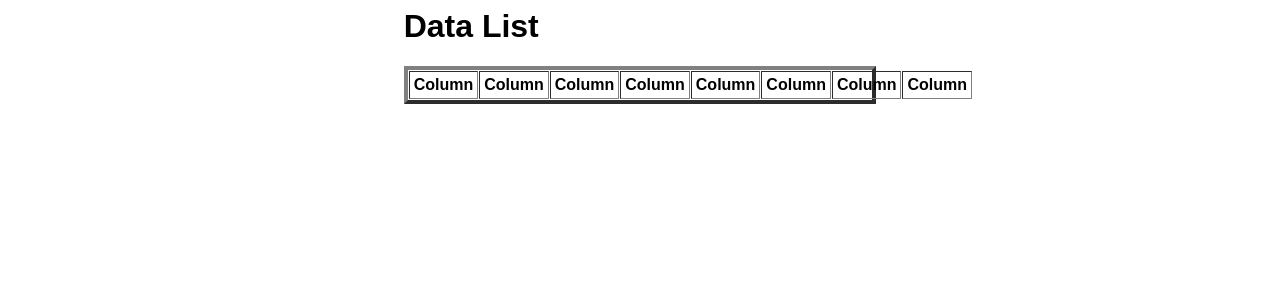
Repository: AdityaTech-Pro/FullStackWithBridgelabz
Page: Assignment2/Data_List/index.html
These files come from the project's save history. The page is drawn as it stood at one moment and after the next save; the edit follows.
The browser window is 1280 px wide. The pictures show the whole page.

Above is the page before, as saved 2025-10-15 09:16:47.

### Assignment2/Data_List/index.html
<html>

<head>
    <style>
        body {
            font-family: Arial, Helvetica, sans-serif;
        }

        .center {
            display: block;
            margin-left: auto;
            margin-right: auto;
            width: 37.4%;
        }
    </style>
</head>
<title>
    <h2>Welcome to My Web Page</h2>
</title>

<body>
    <table border="4" cellspacing="1" cellpadding="4" class="center">
        <h1 class="center">Data List</h1>
        <tr>
            <th>Column</th>
            <th>Column</th>
            <th>Column</th>
            <th>Column</th>
            <th>Column</th>
            <th>Column</th>
            <th>Column</th>
            <th>Column</th>
        </tr>
</body>

</html>

After the next save:
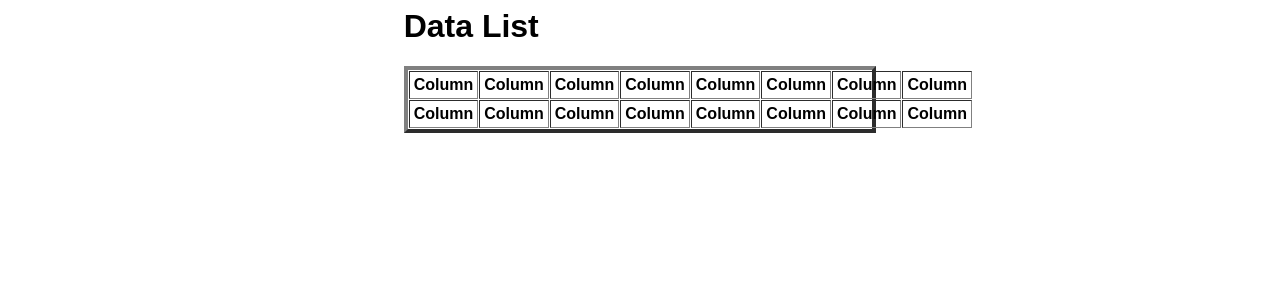
Saved 21 s later.
--- a/Assignment2/Data_List/index.html
+++ b/Assignment2/Data_List/index.html
@@ -31,6 +31,16 @@
             <th>Column</th>
             <th>Column</th>
         </tr>
+        <tr>
+            <th>Column</th>
+            <th>Column</th>
+            <th>Column</th>
+            <th>Column</th>
+            <th>Column</th>
+            <th>Column</th>
+            <th>Column</th>
+            <th>Column</th>
+        </tr>
 </body>
 
 </html>
